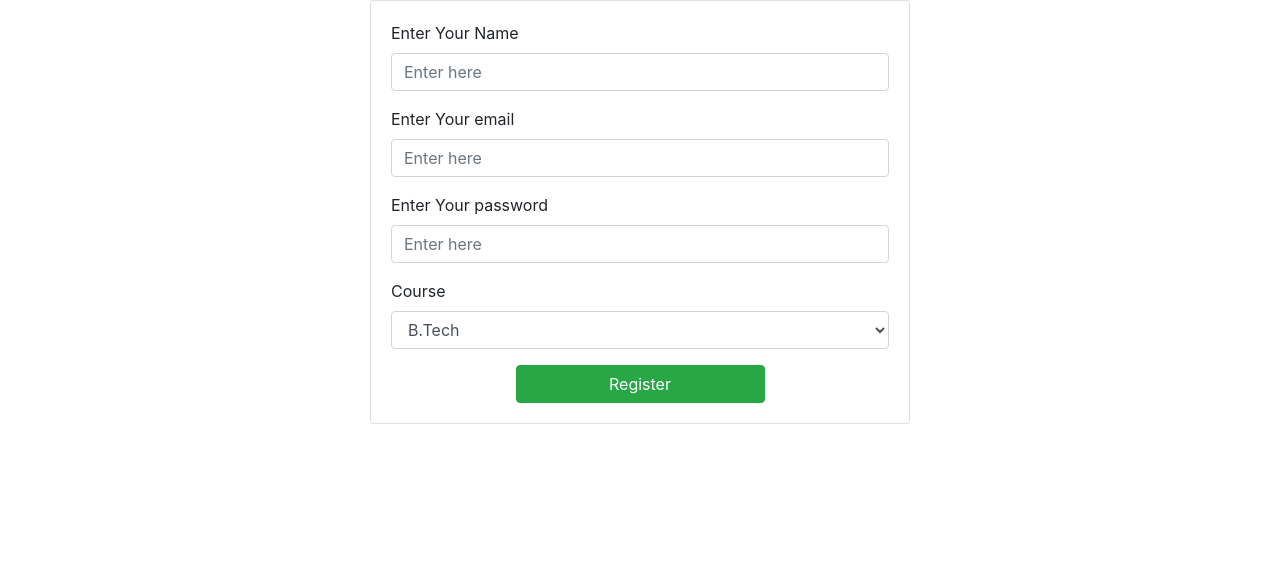
Repository: Hashim-Ansari-82/Servlet-And-JSP
Page: Submit-Form-App/src/main/webapp/index.html
An editor plug-in stored every save of this project. The page is shown before and after the next save, followed by the edit.
The browser window is 1280 px wide. The pictures show the whole page.
Some web libraries are served in a nearby version.

Above is the page before, as saved 2026-06-03 19:22:14.

After the next save:
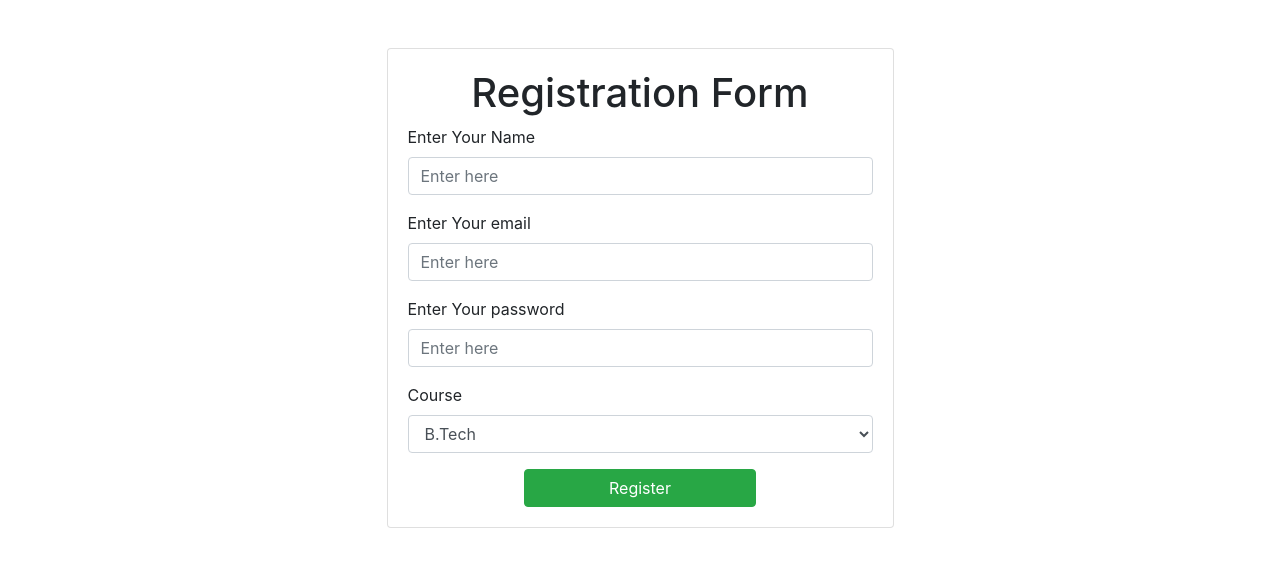
Saved 2 min 28 s later.
--- a/Submit-Form-App/src/main/webapp/index.html
+++ b/Submit-Form-App/src/main/webapp/index.html
@@ -10,11 +10,12 @@
 </head>
 <body>
 
-	<div class="container">
+	<div class="container p-5">
 		<div class="row">
 			<div class="col-md-6 offset-md-3">
 				<div class="card">
 					<div class="card-body">
+					<h1 class="text-center">Registration Form</h1>
 						<form action="register" method="post">
 							<div class="form-group">
 								<label>Enter Your Name</label> <input type="text"
